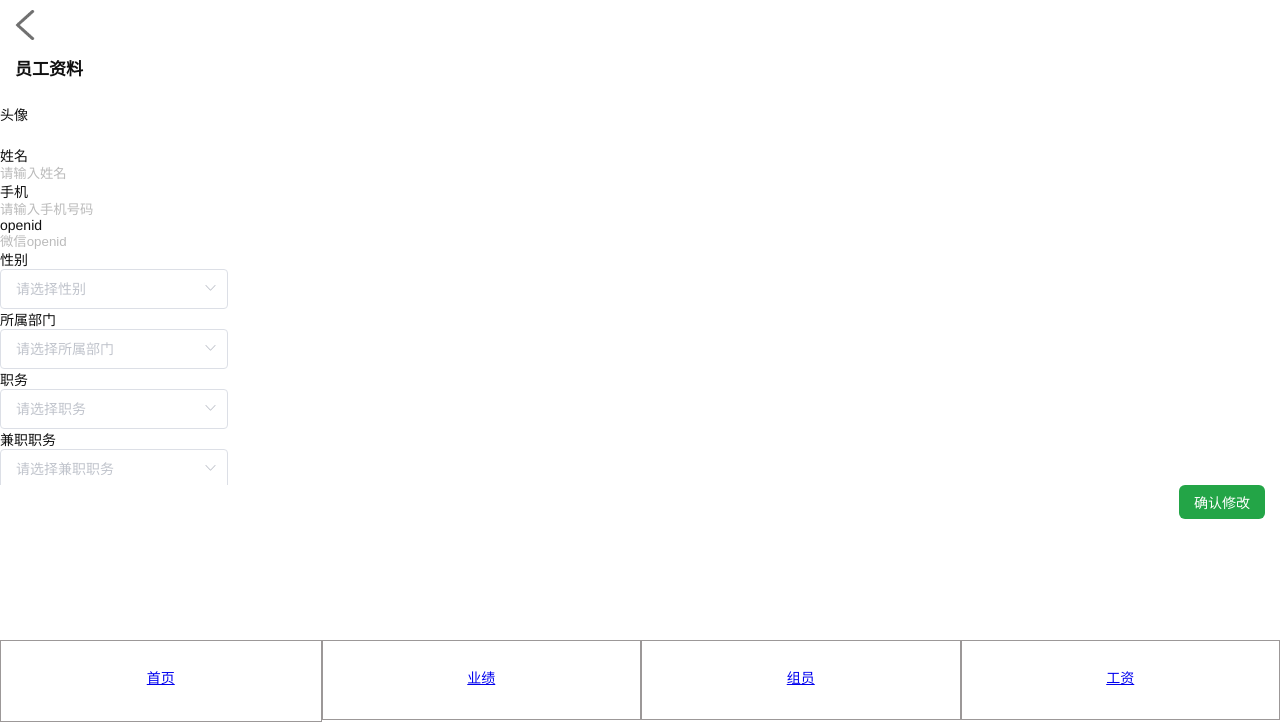
Repository: panlin520-team/lnmj-staffH5
Page: /#/homepage
An editor plug-in stored every save of this project. The page is shown before and after a run of saves, followed by the edit.
The browser window is 1280 px wide. The pictures show the whole page.
An inner scrolling area shows only its first screen. The project was rebuilt for these pictures with package versions that can differ from the ones it lists, and the page was loaded fresh each time. Also part of the build but not shown: src/views/Lojin.vue.

Above is the page before, as saved 2020-04-08 15:18:32.

After the next 2 saves:
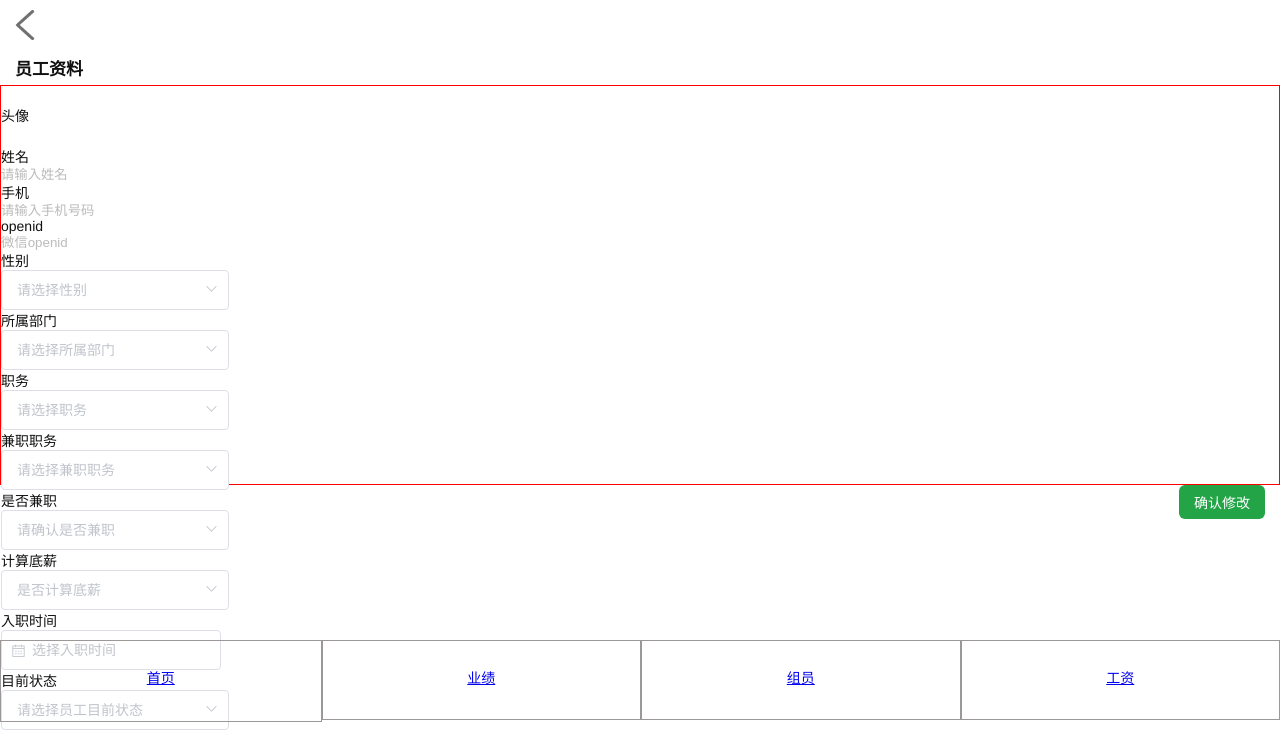
The 2 saves are shown as one change because they came seconds apart.
The last was saved 38 s later.
--- a/src/views/Homepage.vue
+++ b/src/views/Homepage.vue
@@ -325,7 +325,8 @@ export default {
     }
     .main{
         max-height: 400px;
-        overflow: auto;
+        border: 1px solid red;
+        // overflow: auto;
     }
 
     .bottom {
